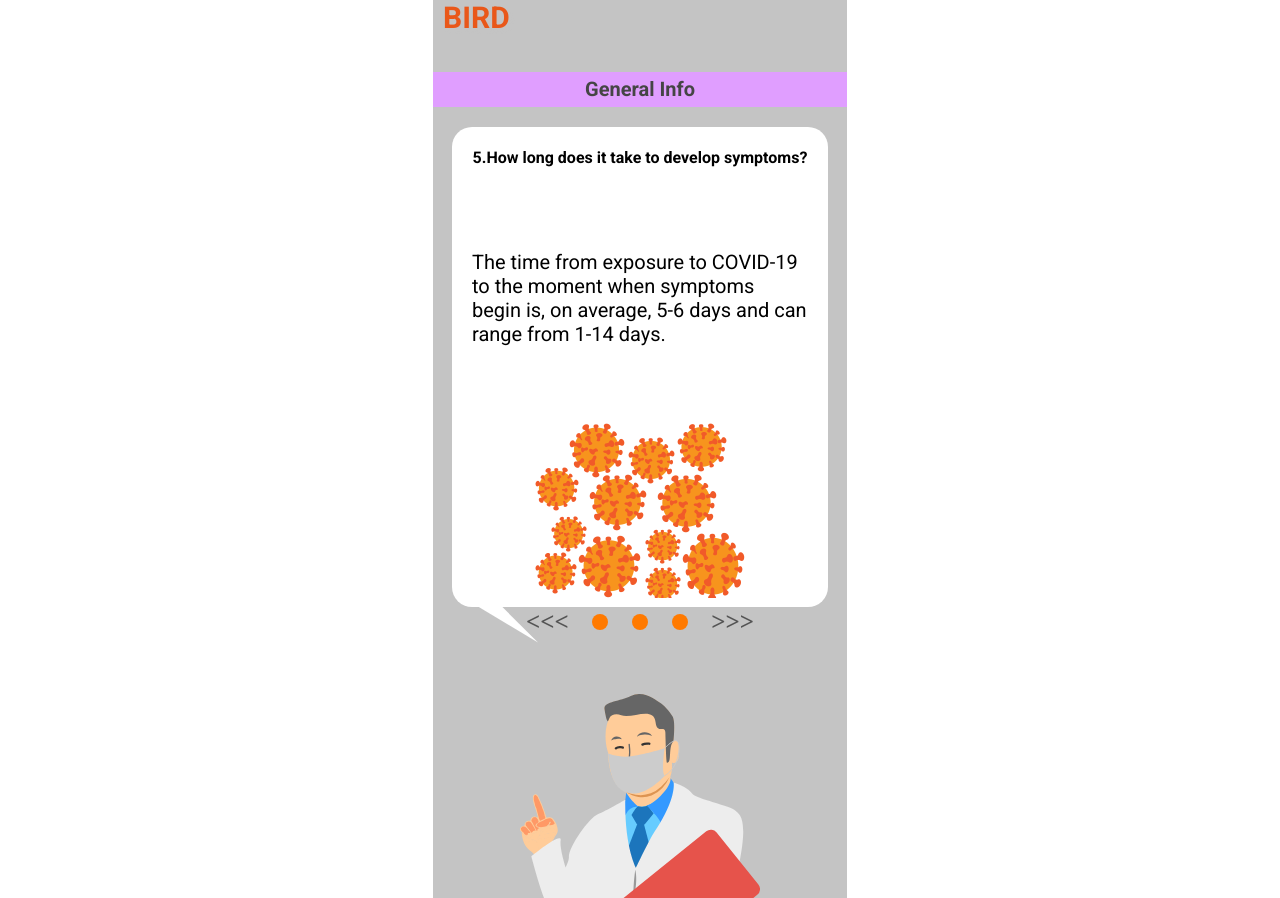
Repository: Levic559/BIRD
Page: General_info-5/1.html
These files come from the project's save history. The page is drawn as it stood at one moment and after the next save; the edit follows.
The browser window is 1280 px wide. The pictures show the whole page.

Above is the page before, as saved 2021-03-10 21:46:24.

### General_info-5/1.html
<!DOCTYPE html>
<html lang="en">
<head>
  <meta charset="UTF-8">
  <meta http-equiv="X-UA-Compatible" content="IE=edge">
  <meta name="viewport" content="width=device-width, initial-scale=1.0">
  <title>General Info 5-1</title>
  <link rel="stylesheet" href="../4-6styles/mystyle.css">
  <link rel="preconnect" href="https://fonts.gstatic.com">
  <link href="https://fonts.googleapis.com/css2?family=Roboto:wght@100;400;700&display=swap" rel="stylesheet">
</head>
<body>
  <div class="wrap">
    <div class="pages">
      <div class="header"></div>
      <div class="banner"></div>
      <div class="infographic">
        <h4 class="infographicQ">
          5.How long does it take to develop symptoms?
        </h4>
        <p class="infographicText">
          The time from exposure to COVID-19 to the moment when symptoms begin is, on average, 5-6 days and can range from 1-14 days.
        </p>

        <div class="infographicImg">
          <img src="../assets/virus-1.png">
        </div>

        <div class="infographicImg" id="vTwo"
        style="
          position: absolute;
          top: 418px;
          height: 180px;
          opacity: 0;
        ">
          <img src="../assets/virus-2.png">
        </div>

        <div class="infographicImg" id="vThree"
        style="
          position: absolute;
          top: 418px;
          height: 180px;
          opacity: 0;
        ">
          <img src="../assets/virus-3.png">
        </div>

      </div>



      <div class="triangle">
        <img src="../assets/chat-triangle.svg" class="triangleimg">
      </div>
      <div class="BtnPages"></div>
      <div class="Speaker">
        <img src="../assets/doctor-hand.svg" onmouseover="HandleDoctorOn()"
        onmouseout="HandleDoctorOut()" class="doctor">
      </div>
    </div>
</div>
</body>
<script src="1_animations.js"></script>
<script src="../comps/Logo/index.js"></script>
<script src="../comps/Banner/index.js"></script>
<script src="../comps/BtnPages/index.js"></script>
<script src="1.js"></script>
<script>
  function HandleDoctorOn ()
  {
    document.querySelector(".doctor").src ="../assets/doctor.svg"
    document.querySelector(".doctor").style.width = "100%"
    document.querySelector(".doctor").style.height = "100%"
  }
  function HandleDoctorOut ()
  {
    document.querySelector(".doctor").src ="../assets/doctor-hand.svg"
    document.querySelector(".doctor").style.width = ""
    document.querySelector(".doctor").style.height = ""

  }


</script>
</html>

### 4-6styles/mystyle.css
body {
  margin: 0;
  padding: 0;
}

.wrap{
  width: 100vw;
  height: 100vh;
  box-sizing: border-box;
  position: relative;
  display: flex;
  flex-direction: row;
}
.pages{
  margin: 0 auto;
  width: 414px;
  height: 898px;
  display: flex;
  flex-direction: column;
  background-color: #C4C4C4;
  overflow: hidden;
}
.header{
  width: 414px;
  height: 85px;
  padding-left: 10px;
}
.banner{
  width: 414px;
  height: 35px;
  margin: 0 ;
  padding: 0;
}
.bgcWhite{
  background-color: #fff;
}

.infographic {
  width: 376px;
  min-height: 480px;
  max-height: 480px;
  margin-top: 20px;
  background-color: white;
  border-radius: 20px;
  align-self: center;
  display: flex;
  flex-direction: column;
  align-items: center;
  justify-content: space-between;
}

.triangle {
  width: 70px;
  height: 70px;
  overflow: hidden;
  position: relative;
  left: 35px;
  bottom: 15px;
}

.triangleimg {
  width: 100%;
  height: 100%;
}

.BtnPages {
  align-self: center;
  position: relative;
  bottom: 58px;
}

.Speaker {
  width: 240px;
  height: 240px;
  overflow: hidden;
  align-self: center;
}

.infographicImg {
  width: 240px;
  height: 200px;
  overflow: hidden;
}


.infographicQ {
  font-family: Roboto;
  padding-left: 20px;
  padding-right: 20px;
}

.infographicText {
  font-family: Roboto;
  font-size: 20px;
  padding-left: 20px;
  padding-right: 20px;
}

@keyframes virus {
  0% {
    opacity: 0;
  }
  100% {
    opacity: 1;
  }
}

### General_info-5/1_animations.js
function virusTwo () {
    var first = document.getElementById("vTwo")
    first.style.WebkitAnimation = "virus 0.5s linear"
    first.style.opacity = 1;
}
function virusThree () {
    var second = document.getElementById("vThree")
    second.style.WebkitAnimation = "virus 0.5s linear"
    second.style.opacity = 1;
}

setTimeout(virusTwo, 2000)
setTimeout(virusThree, 4000)

### comps/Logo/index.js
function LogoUI(fontSize="84",fontWeight="700", Scolor="grey"){
  return`
  <div style="
  font-size:${fontSize}px;
  font-weight:${fontWeight};
  font-family: Roboto;
  position:absolute;
  color:#E95719;
  text-shadow:3px 3px 3px ${Scolor} ;
  transition: opactity 0.3s; left 0.5s;
  opacity:1;
  onmouseover="LogoUI.HandleMouseover(this)";
  onmouseout="LogoUI.HandleMouseout(this)";
  onclick="LogoUI.Handleclick(this)";
  >BIRD</div>

  `
}

LogoUI.HandleMouseover = (el) =>{
  el.style.opacity = 0.75;
}

LogoUI.HandleMouseout = (el) =>{
  el.style.opacity = 1;
}

LogoUI.Handleclick = (el) =>{
  el.style.top = "-20px";
  el.style.fontSize="550%";
}

// export  const Logo = LogoUI();

### comps/Banner/index.js
function BannerUI(text="Covid-19"){
  return`
  <div style="
  width:414px;
  height:35px;
  font-size:20px;
  line-height: 35px;
  text-align: center;
  font-weight:700;
  font-family: Roboto;
  background-color:#E09EFF;
  color:#454545;
  ">${text}</div>

  `
}

// export  const Banner = BannerUI();

### comps/BtnPages/index.js
function BtnPagesUI (circleTwo="#9A9999", circleThree="#9A9999", lastPage="../General_info_structure/General_info-1.html", nextPage="../General_info_structure/General_info-1.html")
{
    return`
        <div style="
            display: flex;
            flex-direction: row;
            max-width: 228px;
            min-width: 228px;
            justify-content: space-between;
            align-items: center;
        ">
            <div style="
                font-size: 25px;
                font-weight: bold;
                color: #545454;
                transition: text-shadow 0.3s;
            "
            onmouseover='BtnPagesUI.HandleMouseOver1(this)'
            onmouseout='BtnPagesUI.HandleMouseOut1(this)'
            onclick='window.location.href="${lastPage}"'
            > <<< </div>

            <div style="
                width: 16px;
                height: 16px;
                border-radius: 50%;
                background-color: #FF7A00;
                transition: border 0.3s;
            "
            onmouseover='BtnPagesUI.HandleMouseOver2(this)'
            onmouseout='BtnPagesUI.HandleMouseOut2(this)'
            onclick='window.location.href="../General_info-1/1.html"'
            ></div>
            <div style="
                width: 16px;
                height: 16px;
                border-radius: 50%;
                background-color: ${circleTwo};
                transition: border 0.3s;
            "
            onmouseover='BtnPagesUI.HandleMouseOver2(this)'
            onmouseout='BtnPagesUI.HandleMouseOut2(this)'
            onclick='window.location.href="../General_info-3/1.html"'
            ></div>
            <div style="
                width: 16px;
                height: 16px;
                border-radius: 50%;
                background-color: ${circleThree};
                transition: border 0.3s;
            "
            onmouseover='BtnPagesUI.HandleMouseOver2(this)'
            onmouseout='BtnPagesUI.HandleMouseOut2(this)'
            onclick='window.location.href="../General_info-5/1.html"'
            ></div>

            <div style ="
                font-size: 25px;
                font-weight: bold;
                color: #545454;
                transition: text-shadow 0.3s;
            "
            onmouseover='BtnPagesUI.HandleMouseOver1(this)'
            onmouseout='BtnPagesUI.HandleMouseOut1(this)'
            onclick='window.location.href="${nextPage}"'
            > >>> </div>
        </div>
    `
}

BtnPagesUI.HandleMouseOver1 = (el) => {
    el.style.textShadow = "0px 0px 3px black"
}

BtnPagesUI.HandleMouseOut1 = (el) => {
    el.style.textShadow = "0px 0px 0px #545454"
}

BtnPagesUI.HandleMouseOver2 = (el) => {
    el.style.border = " 2px solid #545454"
}
BtnPagesUI.HandleMouseOut2 = (el) => {
    el.style.border = " 0px solid #545454"
}



//export const BtnPages = BtnPagesUI()

### General_info-5/1.js
document.querySelector(".header").innerHTML += LogoUI(30,700, "#C4C4C4");
document.querySelector(".banner").innerHTML += BannerUI("General Info")
document.querySelector(".BtnPages").innerHTML += BtnPagesUI("#FF7A00", "#FF7A00", "../General_info-4/3.html", "../General_info-6/1.html" );

After the next save:
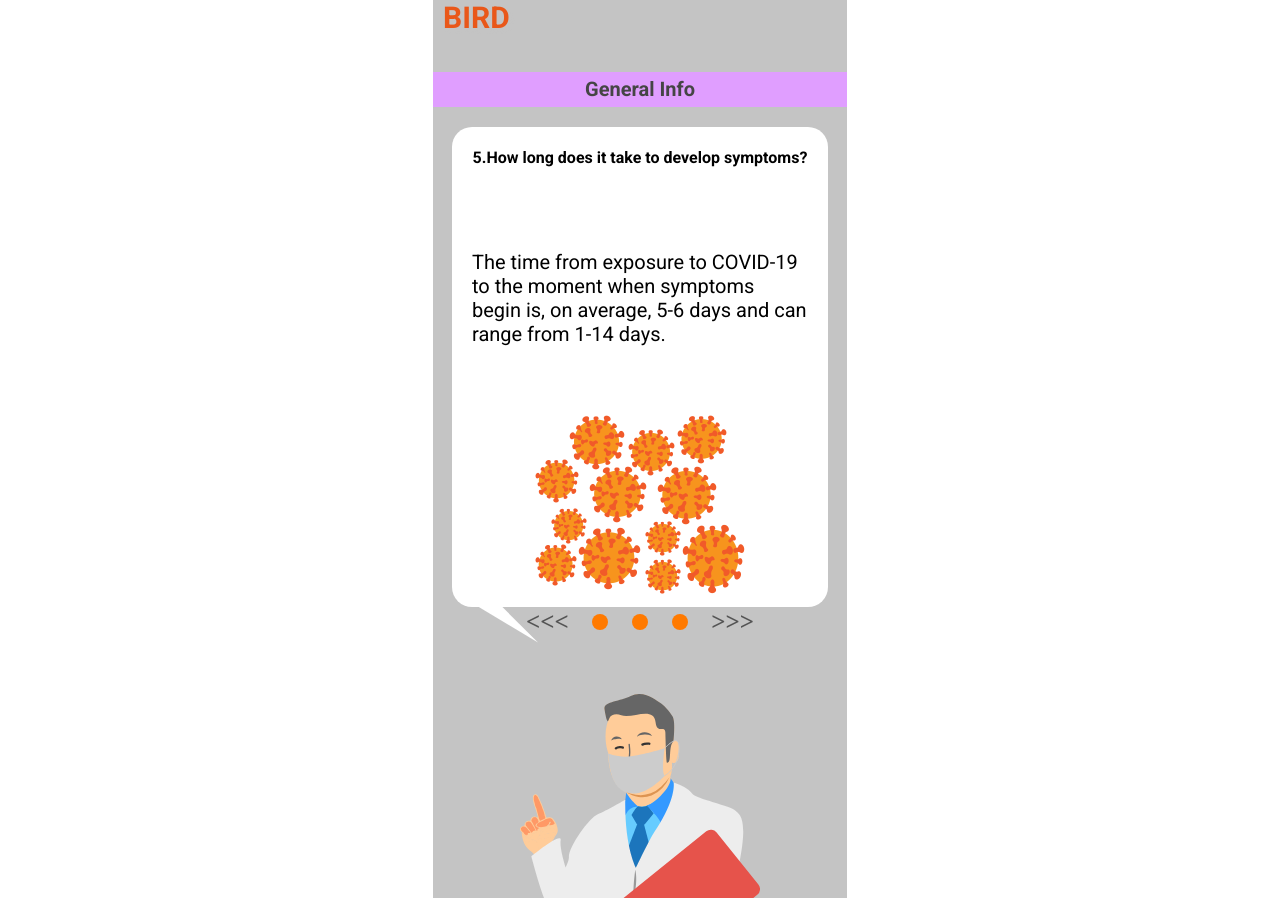
Saved 4 s later.
--- a/General_info-5/1.html
+++ b/General_info-5/1.html
@@ -29,8 +29,8 @@
         <div class="infographicImg" id="vTwo"
         style="
           position: absolute;
-          top: 418px;
-          height: 180px;
+          top: 410px;
+          height: 189px;
           opacity: 0;
         ">
           <img src="../assets/virus-2.png">
@@ -39,8 +39,8 @@
         <div class="infographicImg" id="vThree"
         style="
           position: absolute;
-          top: 418px;
-          height: 180px;
+          top: 410px;
+          height: 189px;
           opacity: 0;
         ">
           <img src="../assets/virus-3.png">
